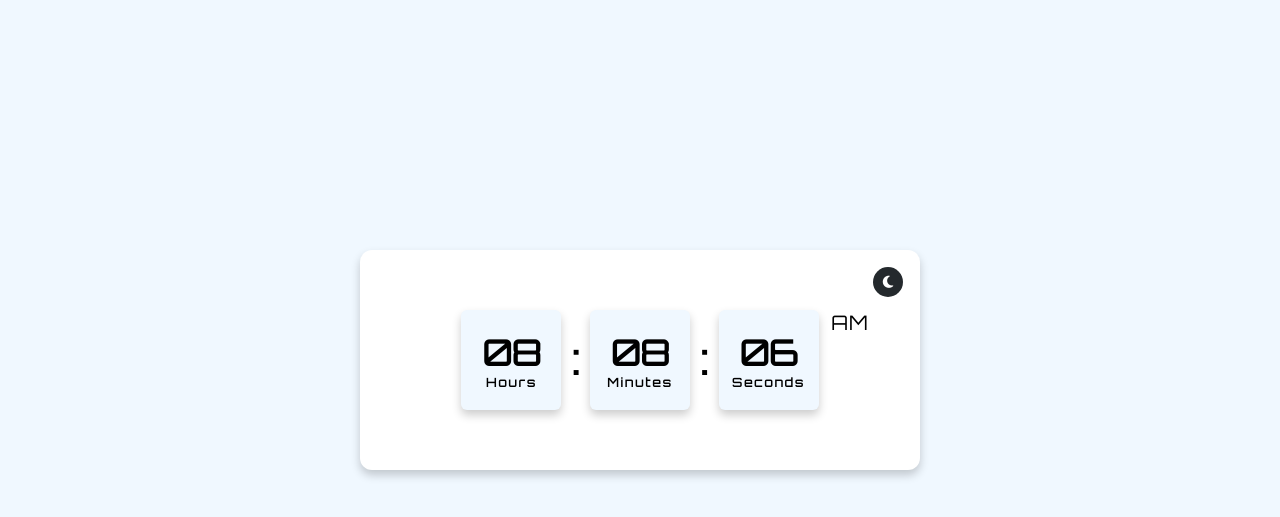
Repository: HueVu99/ComPonents
Page: Dynamic Digital Clock/index.html
The author's editor kept a copy of each file at every save. The page is drawn from the files as they stood at one save, then again after a run of saves.
The browser window is 1280 px wide. The pictures show the whole page.
Some web libraries are served in a nearby version.

Above is the page before, as saved 2022-07-08 20:05:55.
Console error: SyntaxError: Unexpected token ';'

After the next 6 saves:
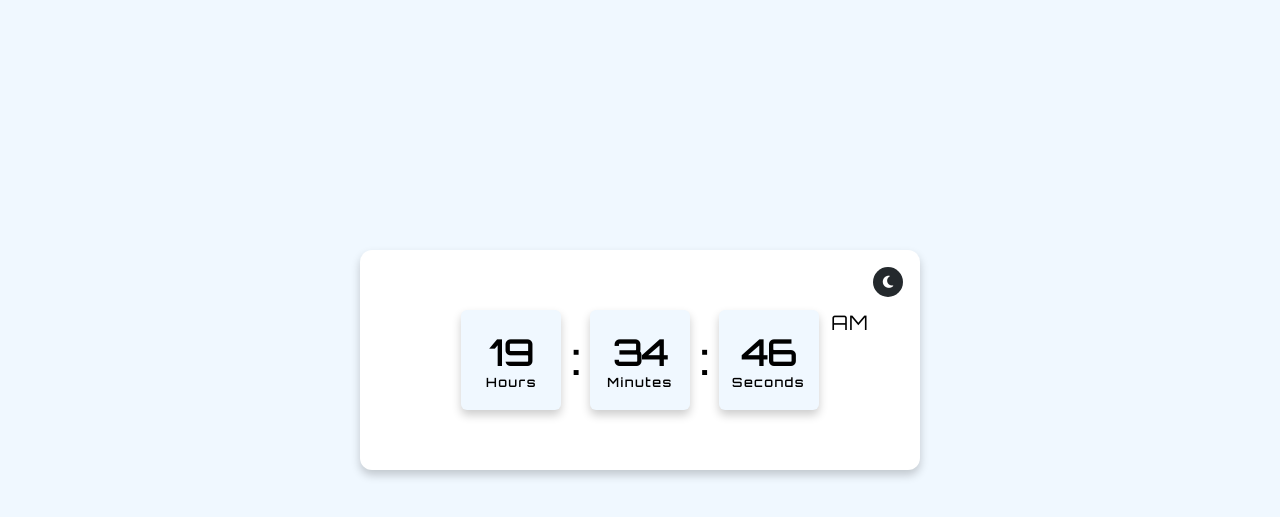
The error is gone.
The 6 saves are shown as one change because they came seconds apart.
The last was saved 16 s later.
--- a/Dynamic Digital Clock/main.js
+++ b/Dynamic Digital Clock/main.js
@@ -11,7 +11,7 @@ setInterval(()=>{
    min = date.getMinutes();
    sec = date.getSeconds();
 
-   let d = hour< 12 ?"AM";
+   let d = hour < 12 ? "AM" : "PM";
    console.log("~ hour", sec)
    document.querySelector(".hour_num").innerText = hour;
    document.querySelector(".min_num").innerText = min;
